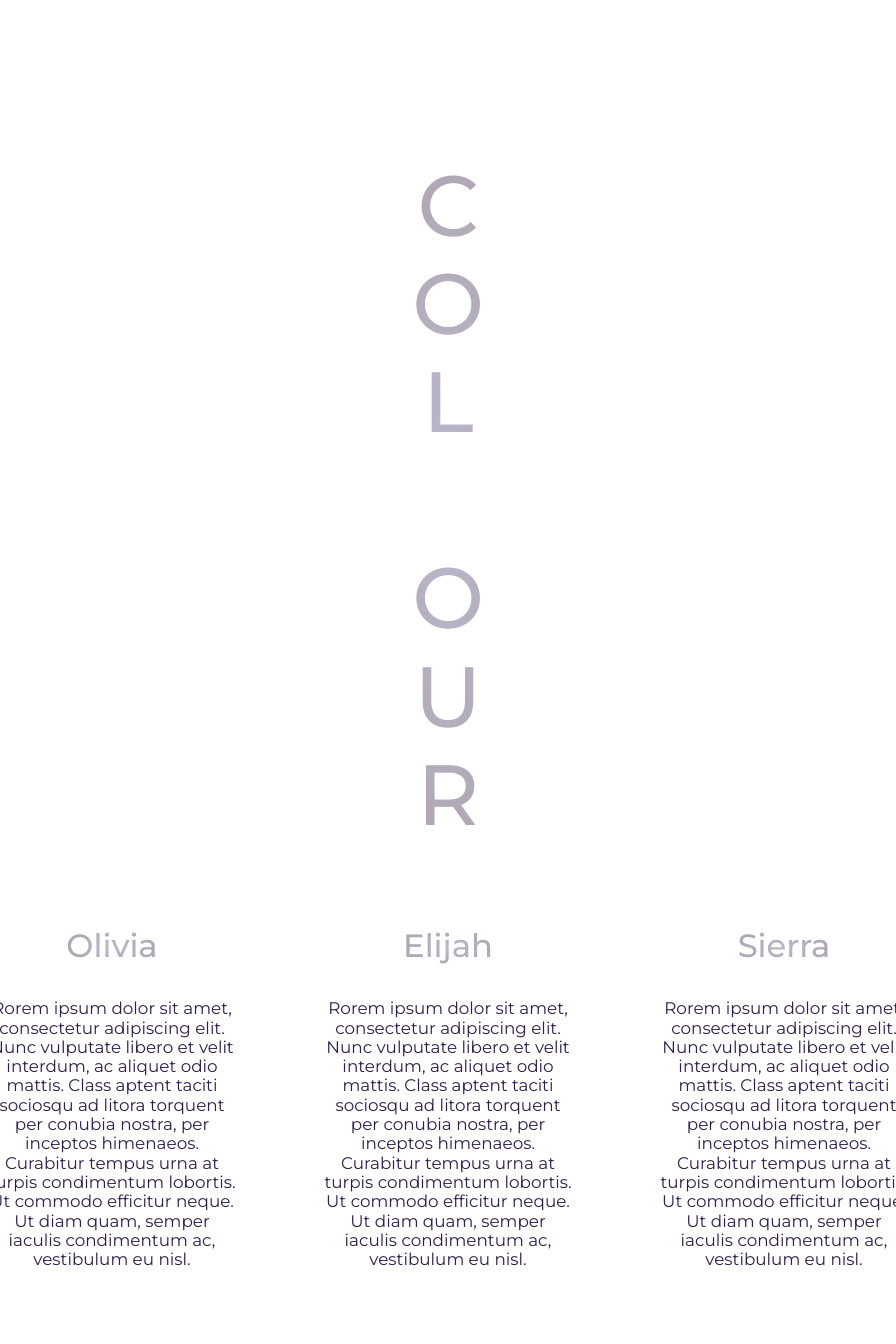
Repository: sierralaurent/Styleguide-Big_Project
Page: visuals.html
An editor plug-in stored every save of this project. The page is shown before and after the next save, followed by the edit.
The browser window is 1280 px wide. The pictures show the part of the page from y = 1921 to 3841 px (the page is 4339 px tall before and 4199 px after), at 70% of full size.
Some web fonts or font styles are not loaded; a fallback is used.

Above is the page before, as saved 2023-03-10 13:02:33.

### visuals.html
<!DOCTYPE html>
<html lang="en">
  <head>
    <title>New Habits Web-App | Visuals </title>
    <meta property="og:title" content="Welcome to the New Habits Web-App Home Page" />
    <meta name="viewport" content="width=device-width, initial-scale=1.0" />
    <meta charset="utf-8" />
    <link rel="icon" type="image/x-icon" href="/assets/favicon.ico">

    <link
      rel="stylesheet"
      href="https://fonts.googleapis.com/css2?family=Montserrat:ital,wght@0,100;0,200;0,300;0,400;0,500;0,600;0,700;0,800;0,900;1,100;1,200;1,300;1,400;1,500;1,600;1,700;1,800;1,900&amp;display=swap"
      data-tag="font"
    />
    <link rel="stylesheet" href="./style.css" />
    <link href="./visuals.css" rel="stylesheet" />
    <link href="./navstyle.css" rel="stylesheet" />

  </head>
  <header>
    <div class="logo">
      <a href="index.html">
        <img src="assets/logo.png" alt="logo" />
      </a>
    </div>
    <div class="navigation">
      <button class="hamburger" onclick="show()">
        <img src="assets/burger.png" />
      </button>
      <nav>
        <h1 class="menutitle">Menu</h1>
        <ul>
          <li><a href="index.html">Home</a></li>
          <li><a>Logo</a></li>
          <li><a>Colours & Typo</a></li>
          <li><a href="visuals.html">Visuals</a></li>
        </ul>
      </nav>
    </div>
    <script src="nav.js"></script>
  </header>
  <body>
    <div>
      <div class="home-container">
        <div class="home-container1">
          <div class="home-container2">
            <h1 class="home-text01 Title">Visuals</h1>
            <p class="home-text02 body">
              Dorem ipsum dolor sit amet, consectetur adipiscing elit. Nunc
              vulputate libero et velit interdum, ac aliquet odio mattis. Class
              aptent taciti sociosqu ad litora torquent per conubia nostra, per
              inceptos himenaeos. Curabitur tempus urna at turpis condimentum
              lobortis.
            </p>
          </div>
        </div>
        <div class="home-container3">
          <p class="home-text03 sidetitle">
            <span>C</span>
            <br />
            <span>O</span>
            <br />
            <span>L</span>
            <br />
            <span>O</span>
            <br />
            <span>U</span>
            <br />
            <span>R</span>
            <br />
          </p>
          <p class="home-text17 body">
            Dorem ipsum dolor sit amet, consectetur adipiscing elit. Nunc
            vulputate libero et velit interdum, ac aliquet odio mattis. Class
            aptent taciti sociosqu ad litora torquent per conubia nostra, per
            inceptos himenaeos. Curabitur tempus urna at turpis condimentum
            lobortis.
          </p>
        </div>
        <div class="home-container4">
            <p class="home-text03 sidetitle">
                <span>C</span>
                <br />
                <span>O</span>
                <br />
                <span>L</span>
                <br />
                <br />
                <span>O</span>
                <br />
                <span>U</span>
                <br />
                <span>R</span>
                <br />
              </p>
        </div>
        <div class="home-container6">
          <div class="home-olivia">
            <p class="home-olivia-text">Olivia</p>
            <p class="home-text19">
              Rorem ipsum dolor sit amet, consectetur adipiscing elit. Nunc
              vulputate libero et velit interdum, ac aliquet odio mattis. Class
              aptent taciti sociosqu ad litora torquent per conubia nostra, per
              inceptos himenaeos. Curabitur tempus urna at turpis condimentum
              lobortis. Ut commodo efficitur neque. Ut diam quam, semper iaculis
              condimentum ac, vestibulum eu nisl.
            </p>
          </div>
          <div class="home-elijah">
            <p class="home-elijah-text">Elijah</p>
            <p class="home-text20">
              Rorem ipsum dolor sit amet, consectetur adipiscing elit. Nunc
              vulputate libero et velit interdum, ac aliquet odio mattis. Class
              aptent taciti sociosqu ad litora torquent per conubia nostra, per
              inceptos himenaeos. Curabitur tempus urna at turpis condimentum
              lobortis. Ut commodo efficitur neque. Ut diam quam, semper iaculis
              condimentum ac, vestibulum eu nisl.
            </p>
          </div>
          <div class="home-sierra">
              <p class="home-sierra-text">Sierra</p>
            <p class="home-text21">
              Rorem ipsum dolor sit amet, consectetur adipiscing elit. Nunc
              vulputate libero et velit interdum, ac aliquet odio mattis. Class
              aptent taciti sociosqu ad litora torquent per conubia nostra, per
              inceptos himenaeos. Curabitur tempus urna at turpis condimentum
              lobortis. Ut commodo efficitur neque. Ut diam quam, semper iaculis
              condimentum ac, vestibulum eu nisl.
            </p>
          </div>
        </div>
        <footer class="home-footer">
          <p class="home-text24">
            © 2023 New Habits, All Rights Reserved.
          </p>
        </footer>
      </div>
    </div>
  </body>
</html>

### style.css
:root {
  --dl-black: #212121ff;
  --dl-creme: #f9f9ffff;
  --dl-white: #f8f9f9ff;
  --dark-purple: #311D4A;

}

.body {
  font-size: 24px;
  font-family: Montserrat;
  font-weight: 400;
  line-height: 1.15;
  text-transform: none;
  text-decoration: none;
}
.sidetitle {
  font-size: 122px;
  font-family: Montserrat;
  font-weight: 500;
  line-height: 1.15;
  text-transform: none;
  text-decoration: none;
}
.Title {
  font-size: 96px;
  font-family: Montserrat;
  font-weight: 500;
  line-height: 1.15;
  text-transform: none;
  text-decoration: none;
}

html {
  line-height: 1.15;
}
body {
  margin: 0;
}
* {
  box-sizing: border-box;
  border-width: 0;
  border-style: solid;
}
p,
li,
ul,
pre,
div,
h1,
h2,
figure,
blockquote,
figcaption {
  margin: 0;
  padding: 0;
}

a {
  color: inherit;
  text-decoration: inherit;
}
input {
  padding: 2px 4px;
}
img {
  display: block;
}
html {
  scroll-behavior: smooth;
}

### visuals.css
/* Define the scrollbar style */
::-webkit-scrollbar {
    width: 10px;
  }

  ::-webkit-scrollbar-thumb {
    background-image: linear-gradient(180deg, var(--light-purple) 0%, var(--main-purple) 99%);
    box-shadow: inset 2px 2px 5px 0 var(--creme);
    border-radius: 100px;
  }

  html {
    font-family: Montserrat;
    font-size: 24px;
    scroll-behavior: smooth;
  }

  body {
    font-weight: 400;
    font-style: normal;
    text-decoration: none;
    text-transform: none;
    letter-spacing: normal;
    line-height: 1.15;
    color: var(--black);
    background-color: var(--creme);
  }

  .home-container {
    width: 100%;
    display: flex;
    overflow: auto;
    min-height: 100vh;
    align-items: center;
    flex-direction: column;
  }
  .home-container1 {
    flex: 0 0 auto;
    width: auto;
    height: auto;
    display: flex;
    align-items: flex-start;
    justify-content: center;
  }
  .home-container2 {
    flex: 0 0 auto;
    width: auto;
    display: flex;
    align-self: center;
    margin-top: 5rem;
    align-items: center;
    margin-bottom: 15rem;
    flex-direction: column;
    justify-content: center;
  }
  .home-text {
    font-size: 36px;
    text-align: center;
    font-family: Montserrat;
    background: linear-gradient(0deg, rgba(0, 0, 0, 0.2), rgba(0, 0, 0, 0.2)),
      radial-gradient(
        50% 50% at 50% 50%,
        rgba(147, 129, 255, 0.2) 0%,
        rgba(79, 26, 98, 0.2) 94.12%
      );
    -webkit-background-clip: text;
    -webkit-text-fill-color: transparent;
    background-clip: text;
    text-fill-color: transparent;
  }
  .home-text01 {
    margin-top: 1rem;
    text-align: center;
    margin-bottom: 1rem;
    background: linear-gradient(0deg, rgba(0, 0, 0, 0.2), rgba(0, 0, 0, 0.2)),
      radial-gradient(
        50% 50% at 50% 50%,
        rgba(147, 129, 255, 0.2) 0%,
        rgba(79, 26, 98, 0.2) 94.12%
      );
    -webkit-background-clip: text;
    -webkit-text-fill-color: transparent;
    background-clip: text;
    text-fill-color: transparent;
  }
  .home-text02 {
    width: 31rem;
    text-align: center;
    color: var(--dark-purple);
  }
  .home-container3 {
    flex: 0 0 auto;
    width: 100%;
    height: auto;
    display: flex;
    align-items: flex-start;
    justify-content: center;
  }
  .home-text03 {
    width: 25rem;
    text-align: center;
    background: linear-gradient(0deg, rgba(0, 0, 0, 0.2), rgba(0, 0, 0, 0.2)),
      radial-gradient(
        50% 50% at 50% 50%,
        rgba(147, 129, 255, 0.2) 0%,
        rgba(79, 26, 98, 0.2) 94.12%
      );
    -webkit-background-clip: text;
    -webkit-text-fill-color: transparent;
    background-clip: text;
    text-fill-color: transparent;
  }
  .home-text17 {
    width: auto;
    margin-top: 5rem;
    text-align: left;
    margin-left: 5rem;
    margin-right: 5rem;
    margin-bottom: 5rem;
    color: var(--dark-purple);
  }
  .home-container4 {
    flex: 0 0 auto;
    width: auto;
    height: auto;
    display: flex;
    align-items: flex-start;
    justify-content: center;
  }
  .home-container5 {
    flex: 0 0 auto;
    display: flex;
    align-items: flex-start;
    flex-direction: column;
  }
  .home-text18 {
    width: auto;
    margin-top: 15rem;
    text-align: center;
    margin-bottom: 5rem;
    background: linear-gradient(0deg, rgba(0, 0, 0, 0.2), rgba(0, 0, 0, 0.2)),
      radial-gradient(
        50% 50% at 50% 50%,
        rgba(147, 129, 255, 0.2) 0%,
        rgba(79, 26, 98, 0.2) 94.12%
      );
    -webkit-background-clip: text;
    -webkit-text-fill-color: transparent;
    background-clip: text;
    text-fill-color: transparent;
  }
  .home-container6 {
    flex: 0 0 auto;
    width: auto;
    height: auto;
    display: flex;
    align-items: flex-start;
    margin-bottom: 15rem;
    justify-content: center;
  }
  .home-olivia {
    flex: 0 0 auto;
    display: flex;
    align-items: center;
    flex-direction: column;
  }
  .home-olivia-text {
    width: 25rem;
    font-size: 96px;
    text-align: center;
    font-family: Montserrat;
    font-weight: 500;
    line-height: 1.15;
    margin-bottom: 2rem;
    text-transform: none;
    text-decoration: none;
    background: linear-gradient(0deg, rgba(0, 0, 0, 0.2), rgba(0, 0, 0, 0.2)),
      radial-gradient(
        50% 50% at 50% 50%,
        rgba(147, 129, 255, 0.2) 0%,
        rgba(79, 26, 98, 0.2) 94.12%
      );
    -webkit-background-clip: text;
    -webkit-text-fill-color: transparent;
    background-clip: text;
    text-fill-color: transparent;
  }
  .home-text19 {
    width: 15rem;
    align-self: center;
    text-align: center;
    color: var(--dark-purple);
  }
  .home-elijah {
    flex: 0 0 auto;
    display: flex;
    align-items: center;
    flex-direction: column;
  }
  .home-elijah-text {
    width: 25rem;
    font-size: 96px;
    text-align: center;
    font-family: Montserrat;
    font-weight: 500;
    line-height: 1.15;
    margin-bottom: 2rem;
    text-transform: none;
    text-decoration: none;
    background: linear-gradient(0deg, rgba(0, 0, 0, 0.2), rgba(0, 0, 0, 0.2)),
      radial-gradient(
        50% 50% at 50% 50%,
        rgba(147, 129, 255, 0.2) 0%,
        rgba(79, 26, 98, 0.2) 94.12%
      );
    -webkit-background-clip: text;
    -webkit-text-fill-color: transparent;
    background-clip: text;
    text-fill-color: transparent;
  }
  .home-text20 {
    width: 15rem;
    align-self: center;
    text-align: center;
    color: var(--dark-purple);
  }
  .home-sierra {
    flex: 0 0 auto;
    display: flex;
    align-items: center;
    flex-direction: column;
  }
  .home-sierra-text {
    width: 25rem;
    font-size: 96px;
    text-align: center;
    font-family: Montserrat;
    font-weight: 500;
    line-height: 1.15;
    margin-bottom: 2rem;
    text-transform: none;
    text-decoration: none;
    background: linear-gradient(0deg, rgba(0, 0, 0, 0.2), rgba(0, 0, 0, 0.2)),
      radial-gradient(
        50% 50% at 50% 50%,
        rgba(147, 129, 255, 0.2) 0%,
        rgba(79, 26, 98, 0.2) 94.12%
      );
    -webkit-background-clip: text;
    -webkit-text-fill-color: transparent;
    background-clip: text;
    text-fill-color: transparent;
  }
  .home-text21 {
    width: 15rem;
    align-self: center;
    text-align: center;
    color: var(--dark-purple);
  }
  .home-text23 {
    width: 15rem;
    align-self: center;
    text-align: center;
  }
  .home-footer {
    width: 100%;
    height: 197px;
    display: flex;
    max-width: auto;
    align-self: center;
    align-items: center;
    padding-top: 32px;
    padding-left: 48px;
    padding-right: 48px;
    padding-bottom: 32px;
    justify-content: center;
  }
  .home-text24 {
    text-align: center;
    color: var(--dark-purple);

  }
  @media (max-width: 1600px) {
    .home-container1 {
      width: 100%;
    }
    .home-container2 {
      align-items: center;
      justify-content: center;
    }
    .home-text01 {
      margin-top: 1rem;
      margin-bottom: 1rem;
    }
    .home-container3 {
      width: 100%;
    }
    .home-text03 {
      width: auto;
      margin: 3rem;
      padding: 2rem;
    }
    .home-text17 {
      width: 40rem;
      margin-top: 7rem;
      text-align: left;
      margin-right: 5rem;
    }
    .home-container4 {
      width: auto;
      justify-content: center;
    }
    .home-container5 {
      width: auto;
      height: auto;
      align-items: center;
      justify-content: center;
    }
    .home-text18 {
      width: auto;
      height: auto;
      margin-top: 5rem;
      text-align: center;
      margin-bottom: 5rem;
    }
    .home-container6 {
      width: 100%;
      margin-bottom: 15rem;
    }
    .home-olivia {
      width: 20rem;
      height: auto;
      align-items: center;
      justify-content: center;
    }
    .home-olivia-text {
      width: auto;
      font-size: 46px;
      font-family: Montserrat;
      font-weight: 500;
      line-height: 1.15;
      margin-bottom: 2rem;
      text-transform: none;
      text-decoration: none;
    }
    .home-text19 {
      width: 15rem;
      text-transform: none;
    }
    .home-elijah {
      width: 20rem;
      height: auto;
      align-items: center;
      justify-content: center;
    }
    .home-elijah-text {
      width: auto;
      font-size: 46px;
      font-family: Montserrat;
      font-weight: 500;
      line-height: 1.15;
      margin-bottom: 2rem;
      text-transform: none;
      text-decoration: none;
    }
    .home-text20 {
      width: 15rem;
      text-transform: none;
    }
    .home-sierra {
      width: 20rem;
      height: auto;
      align-items: center;
      justify-content: center;
    }
    .home-sierra-text {
      width: auto;
      font-size: 46px;
      font-family: Montserrat;
      font-weight: 500;
      line-height: 1.15;
      margin-bottom: 2rem;
      text-transform: none;
      text-decoration: none;
    }
    .home-text21 {
      margin-bottom: 2rem;
    }
    .home-text23 {
      width: 15rem;
      text-transform: none;
      color: var(--dark-purple);
    }
  }
  @media (max-width: 1200px) {
    .home-text01 {
      margin-top: 1rem;
      margin-bottom: 1rem;
    }
    .home-container6 {
      align-items: center;
    }
    .home-olivia {
      width: 15rem;
      margin-left: 1rem;
      margin-right: 1rem;
    }
    .home-olivia-text {
      width: auto;
    }
    .home-text19 {
      width: 12rem;
    }
    .home-elijah {
      width: 15rem;
      margin-left: 1rem;
      margin-right: 1rem;
    }
    .home-elijah-text {
      width: auto;
    }
    .home-text20 {
      width: 12rem;
    }
    .home-sierra {
      width: 15rem;
      margin-left: 1rem;
    }
    .home-sierra-text {
      width: auto;
    }
    .home-text23 {
      width: 12rem;
    }
  }
  @media (max-width: 991px) {
    .home-container2 {
      width: 100%;
      height: 307px;
    }
    .home-text01 {
      margin-top: 1rem;
      margin-bottom: 1rem;
    }
    .home-container6 {
      align-items: center;
      flex-direction: column;
    }
    .home-olivia {
      width: 20rem;
      margin-bottom: 3rem;
    }
    .home-olivia-text {
      width: auto;
    }
    .home-text19 {
      width: auto;
    }
    .home-elijah {
      width: 20rem;
      margin-bottom: 3rem;
    }
    .home-elijah-text {
      width: auto;
    }
    .home-text20 {
      width: auto;
    }
    .home-sierra {
      width: 20rem;
    }
    .home-sierra-text {
      width: auto;
    }
    .home-text23 {
      width: 100%;
    }
  }
  @media (max-width: 767px) {
    .home-text01 {
      margin-top: 1rem;
      margin-bottom: 1rem;
    }
    .home-footer {
      padding-left: 32px;
      padding-right: 32px;
    }
    .home-text24 {
      text-align: center;
      margin-left: 16px;
      margin-right: 16px;
    }
  }
  @media (max-width: 479px) {
    .home-text01 {
      margin-top: 1rem;
      margin-bottom: 1rem;
    }
    .home-text02 {
      width: 479px;
    }
    .home-text03 {
      margin-top: 0rem;
      margin-left: 3rem;
      margin-right: 0rem;
      margin-bottom: 0rem;
    }
    .home-footer {
      padding: 16px;
      flex-direction: column;
    }
    .home-text24 {
      margin-left: 0px;
      margin-right: 0px;
      margin-bottom: 16px;
    }
  }

### navstyle.css
@import url("https://fonts.cdnfonts.com/css/montserrat");

* {
  margin: 0;
  padding: 0;
  font-family: "Montserrat", sans-serif;
}

a,
button {
  cursor: pointer;
}

nav {
  position: absolute;
  top: 30px;
  right: 30px;
  width: 250px;
}

.navigation {
  position: fixed;
  top: 0;
  right: -500px;
  width: 312px;
  height: 100%;
  background-image: url("assets/background.png");
  background-size: cover;
  transition: 0.5s;
  border-radius: 27px 0 0 27px;
}

.logo {
    margin: 1.5rem;
}

.menutitle {
  font-family: "Montserrat", sans-serif;
  font-style: normal;
  font-weight: 400;
  font-size: 24px;
  display: flex;
  align-items: left;
  color: rgba(255, 255, 255, 0.32);
  margin: 1rem;
}

.navigation ul li {
  display: flex;
  color: rgba(255, 255, 255, 0.5);
  line-height: 20px;
  text-align: left;
  font-weight: 500;
  list-style-type: none;
  font-size: 14px;
  padding: 20px 30px;
  border-bottom: 0px 64px 64px -32px rgba(41, 15, 0, 0.56);
  transition: all 0.3s ease;
}

.navigation ul li:hover {
  padding: 16px 20px;
  background-image: url("assets/hover.png");
  background-size: cover;
  border-radius: 12px;
}

.hamburger,
.bar {
  position: fixed;
}

.hamburger {
  display: block;
  top: 5%;
  left: 95%;
  width: 30px;
  height: 30px;
  transform: translateY(-50%);
  border: 0;
  background: 0 0;
}

.hamburger.hidden {
  display: none; /* Hide the menu button */
}

.navigation.active {
  right: 0;
  z-index: 1;
}

### nav.js
const hamburger = document.querySelector('.hamburger');
const navigation = document.querySelector('.navigation');

document.addEventListener('click', function(event) {
  const isClickInside = navigation.contains(event.target) || hamburger.contains(event.target);
  if (!isClickInside) {
    navigation.classList.remove('active');
    hamburger.classList.remove('hidden');
  }
});

hamburger.addEventListener('click', function() {
  navigation.classList.add('active');
  hamburger.classList.add('hidden');
});

After the next save:
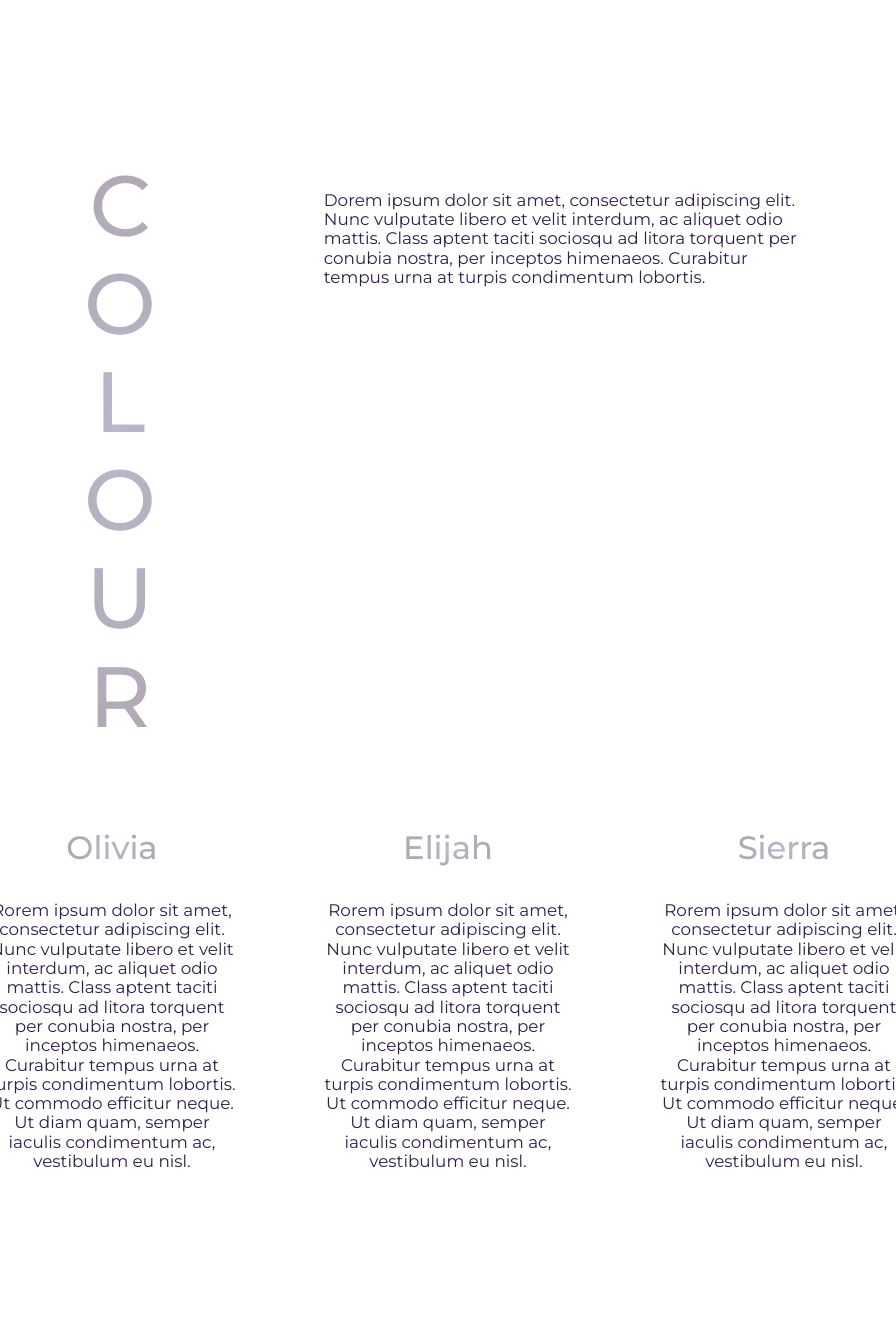
Saved 27 s later.
--- a/visuals.html
+++ b/visuals.html
@@ -77,23 +77,29 @@
             lobortis.
           </p>
         </div>
-        <div class="home-container4">
+        <div class="home-container3">
             <p class="home-text03 sidetitle">
-                <span>C</span>
-                <br />
-                <span>O</span>
-                <br />
-                <span>L</span>
-                <br />
-                <br />
-                <span>O</span>
-                <br />
-                <span>U</span>
-                <br />
-                <span>R</span>
-                <br />
-              </p>
-        </div>
+              <span>C</span>
+              <br />
+              <span>O</span>
+              <br />
+              <span>L</span>
+              <br />
+              <span>O</span>
+              <br />
+              <span>U</span>
+              <br />
+              <span>R</span>
+              <br />
+            </p>
+            <p class="home-text17 body">
+              Dorem ipsum dolor sit amet, consectetur adipiscing elit. Nunc
+              vulputate libero et velit interdum, ac aliquet odio mattis. Class
+              aptent taciti sociosqu ad litora torquent per conubia nostra, per
+              inceptos himenaeos. Curabitur tempus urna at turpis condimentum
+              lobortis.
+            </p>
+          </div>
         <div class="home-container6">
           <div class="home-olivia">
             <p class="home-olivia-text">Olivia</p>
